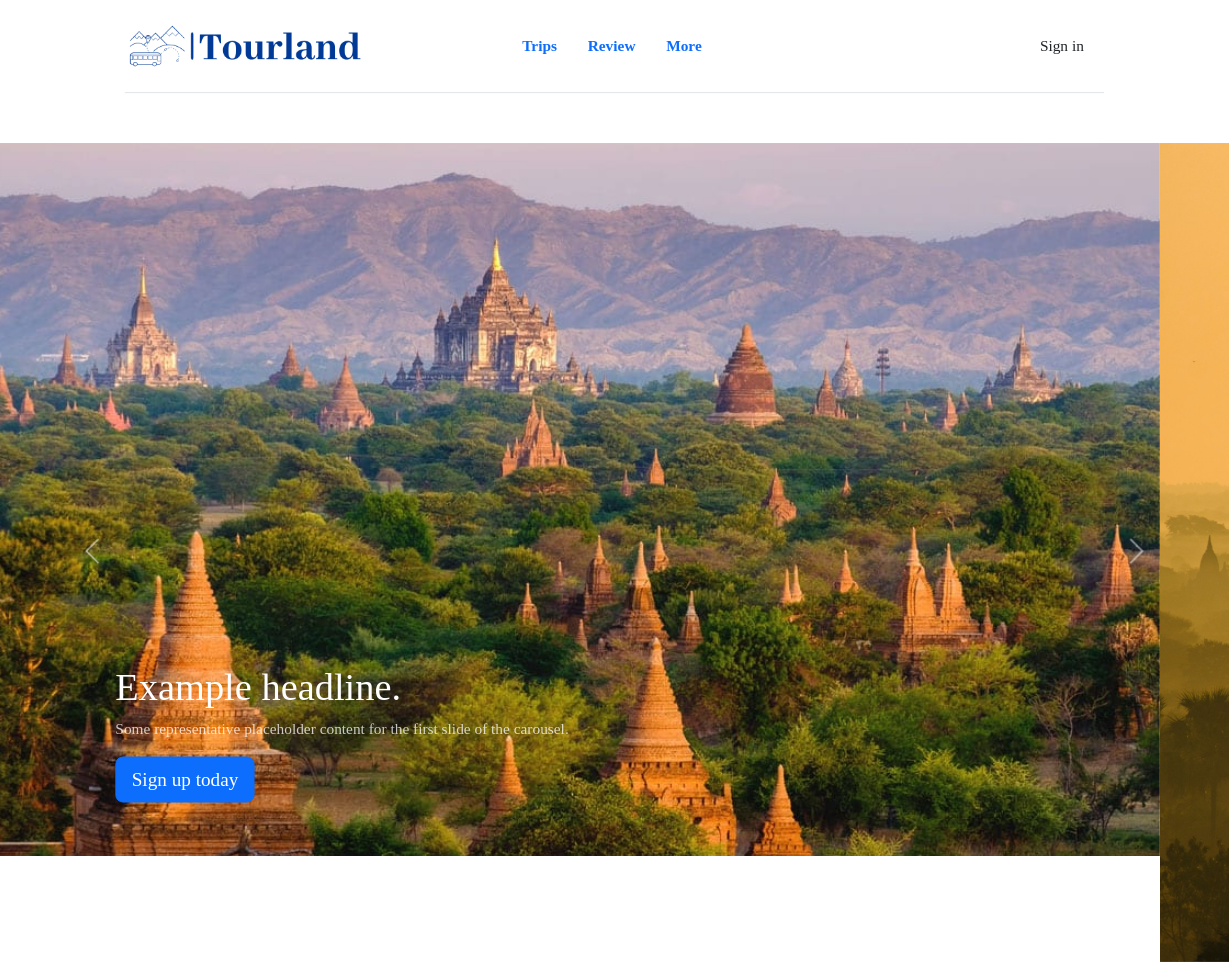
Repository: nyeinsu4520/tourland
Page: http://localhost/index
The author's editor kept a copy of each file at every save. The page is drawn from the files as they stood at one save, then again after the next save.
The browser window is 1280 px wide. The pictures show the whole page, at 96% of full size.
Some web fonts or font styles are not loaded; a fallback is used. The page is this project's Thymeleaf template; nobody is signed in. The template is opened directly, without the code that normally fills it, so the values that code supplies are empty.

Above is the page before, as saved 2024-05-31 16:57:01.

After the next save:
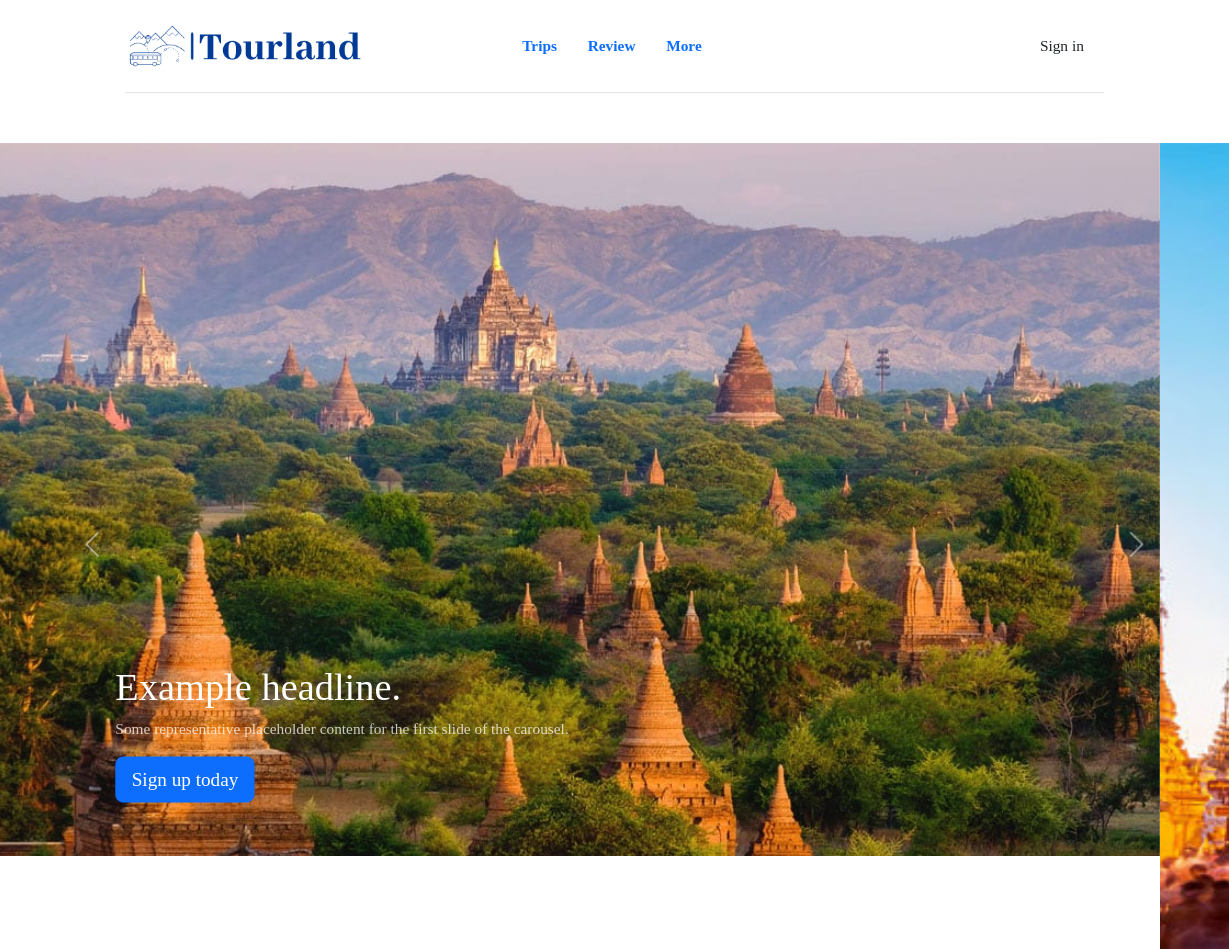
Saved 41 s later.
--- a/Tourland/src/main/resources/templates/index.html
+++ b/Tourland/src/main/resources/templates/index.html
@@ -96,7 +96,7 @@
           </div>
         </div>
         <div class="carousel-item">
-          <img src="./image/img/bagan1.jpg" width="100%" >
+          <img src="./image/img/shwedagon.jfif" width="100%" >
           <div class="container">
             <div class="carousel-caption">
               <h1>Another example headline.</h1>
